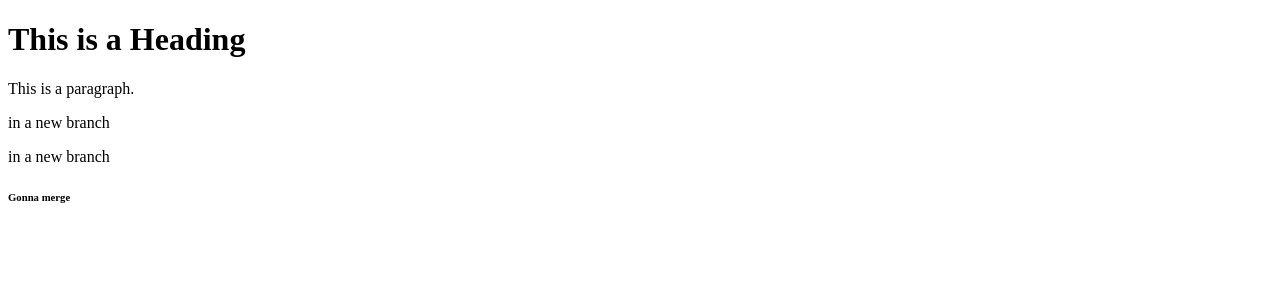
Repository: rashmikagamage/gittesting
Page: test.html
The author's editor kept a copy of each file at every save. The page is drawn from the files as they stood at one save, then again after the next save.
The browser window is 1280 px wide. The pictures show the whole page.

Above is the page before, as saved 2020-07-04 15:17:42.

### test.html
<!DOCTYPE html>
<html>
<head>
<title>Page Title</title>
</head>
<body>

<h1>This is a Heading</h1>
<p>This is a paragraph.</p>
<p>in a new branch</p>
<p>in a new branch</p>
<h6>Gonna merge</h6>

</body>
</html>

After the next save:
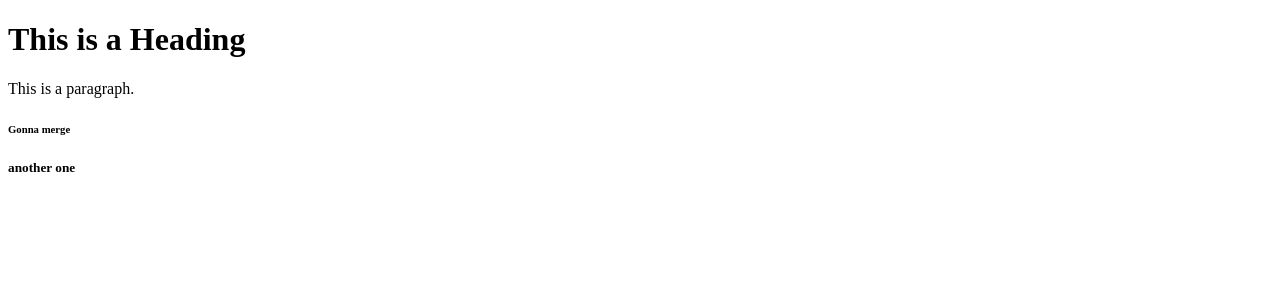
Saved 84 s later.
--- a/test.html
+++ b/test.html
@@ -7,9 +7,8 @@
 
 <h1>This is a Heading</h1>
 <p>This is a paragraph.</p>
-<p>in a new branch</p>
-<p>in a new branch</p>
 <h6>Gonna merge</h6>
+<h5>another one</h5>
 
 </body>
 </html>
